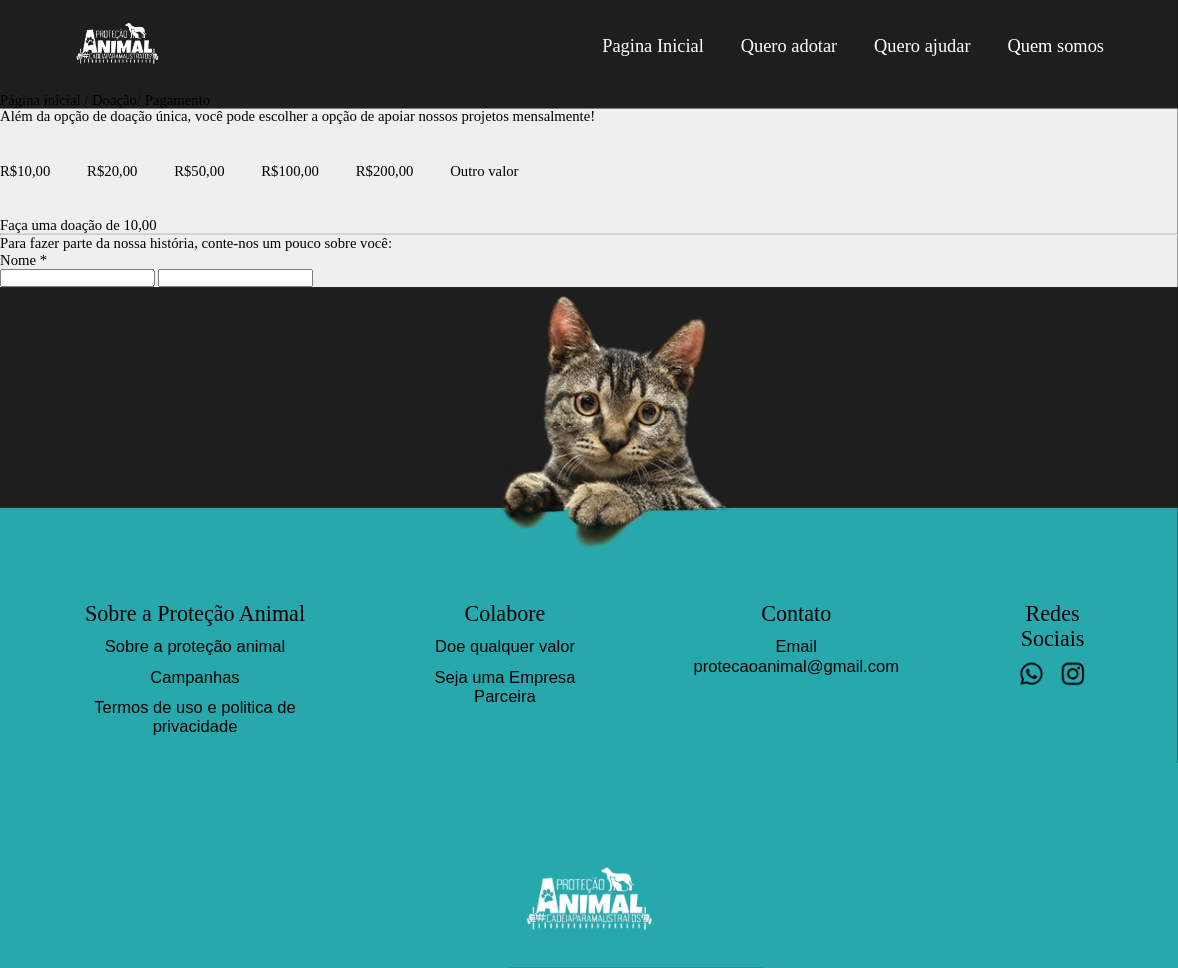
Repository: edjunior-nascimento/protecao-animal-web
Page: src/pages/formulario-doacao/index.html
An editor plug-in stored every save of this project. The page is shown before and after the next save, followed by the edit.
The browser window is 1280 px wide. The pictures show the whole page, at 92% of full size.

Above is the page before, as saved 2025-02-22 03:38:51.

### src/pages/formulario-doacao/index.html
<!DOCTYPE html>
<html lang="pt">

<head>
    <meta charset="UTF-8">
    <meta name="viewport" content="width=device-width, initial-scale=1.0">
    <title>Proteção Animal</title>
    <link rel="preconnect" href="https://fonts.googleapis.com" />
    <link rel="preconnect" href="https://fonts.gstatic.com" crossorigin />
    <meta name="viewport" content="width=device-width, initial-scale=1.0" />
    <link rel="stylesheet" href="./style.css" />
    <link>
</head>

<body>
    <header>
        <div><img class="logo" src="/src/pages/images/logo.png" alt="logo Protecao animal" /></div>
        <nav>
            <ul>
                <li>
                    <a href="#">
                        <p>Pagina Inicial</p>
                    </a>
                </li>
                <li>
                    <a href="#">
                        <p>Quero adotar</p>
                    </a>
                </li>
                <li>
                    <a href="#">
                        <p>Quero ajudar</p>
                    </a>
                </li>
                <li>
                    <a href="#">
                        <p>Quem somos</p>
                    </a>
                </li>
            </ul>
        </nav>
    </header>
    <div>
        <div class="title">
            <p>Página inicial / Doação/ Pagamento</p>
        </div>
        <main class="container">
            <div class="sub-title">
                <p>Além da opção de doação única, você pode escolher a opção de apoiar nossos projetos mensalmente!</p>
            </div>
            <div class="valor">
                <div class="parcela">

                </div>
                <div class="cota">

                </div>
                <nav>
                    <ul>
                        <li><span>R$10,00</span></li>
                        <li><span>R$20,00</span></li>
                        <li><span>R$50,00</span></li>
                        <li><span>R$100,00</span></li>
                        <li><span>R$200,00</span></li>
                        <li><span>Outro valor</span></li>
                    </ul>
                </nav>
                <div class="res"><span>Faça uma doação de 10,00</span></div>
            </div>
            <hr>
            <div class="cad">
                <div class="sub-title">
                    <p>Para fazer parte da nossa história, conte-nos um pouco sobre você:</p>
                </div>
                <div class="dados">
                    <form action="/send" method="post" target="_blank" >
                        <label><p>Nome <span class="ast">*</span></p>
                        <input type="text" name="Nome*" id="Nome*"></label>
                        <input type="text">
                    </form>
                </div>
            </div>
    </div>
    </main>
    <div class="gato"><img src="/src/pages/images/gato.png" alt=""></div>
    <footer>
        <div class="footer-container">
            <div class="footer-primary">
                <div class="footer-section-1">
                    <div>
                        <h4>Sobre a Proteção Animal</h4>
                    </div>
                    <div>
                        <p><a href="">Sobre a proteção animal</a></p>
                    </div>
                    <div>
                        <p><a href="">Campanhas</a></p>
                    </div>
                    <div>
                        <p><a href="">Termos de uso e politica de privacidade</a></p>
                    </div>
                </div>
                <div class="footer-section-2">
                    <div>
                        <h4>Colabore</h4>
                    </div>
                    <div>
                        <p><a href="">Doe qualquer valor</a></p>
                    </div>
                    <div>
                        <p><a href="">Seja uma Empresa Parceira</a></p>
                    </div>
                </div>
                <div class="footer-section-3">
                    <div>
                        <h4>Contato</h4>
                    </div>
                    <div>
                        <p>Email</p>
                        <p><a href="mailto:protecaoanimal@gmail.com">protecaoanimal@gmail.com</a></p>
                    </div>
                </div>
                <div class="footer-section-4">
                    <div>
                        <h4>Redes Sociais</h4>
                    </div>
                    <div class="social-icons">
                        <div>
                            <a href=""><img src="/src/pages/images/whatsAppIcon.png" alt="" /></a>
                        </div>
                        <div>
                            <a href=""><img src="/src/pages/images/instagramIcon.png" alt="" /></a>
                        </div>
                    </div>
                </div>
            </div>
        </div>
        <div class="footer-secondary">
            <img src="/src/pages/images/logo.png" alt="" />
        </div>
    </footer>
</body>

</html>

### src/pages/formulario-doacao/style.css
:root {
    --main-bg-color: #1e1e1e;
    --title-color: #27a8ad;
    --subtitle-color: #ffffff;
    --box-color: #ffffff;
    --link-nav-color: #ffffff;
    --card-title-color: #27a8ad;
    --footer-background: #27a8ad;
    --footer-font-color: #000000;
    --maim-color: #EFEFEF;
  }

  * {
    height: max-content;
    font-family: "Jockey One", serif;
    font-style: normal;
    margin: 0px;
    padding: 0px;
  }

  body {
    background-color: var(--main-bg-color);

  }

  a {
    text-decoration: none;
  }

  header {
    height: 100px;
    display: flex;
    flex-direction: row;
    justify-content: space-between;
    padding-inline: 80px
  }
  header div {
    display: flex;
    align-items: center;
  }
  .logo {
    height: 95px;
    width: auto;
  }
  nav {
    width: auto;
    height: 100px;
    display: flex;
    align-items: center;
  }

  nav ul {
    list-style-type: none;
    display: flex;
    gap: 40px;
  }

  nav ul li a {
    color: var(--link-nav-color);
    font-size: 20px;
    font-weight: 400;
  }
main {
  background-color:var(--maim-color) ;
}





  .gato {
    margin-left: 42%;
    margin-bottom: -25px;
    height: 265px;
    max-width: auto;}

  footer {
    height: 500px;
    max-height: auto;
    background-color: var(--footer-background);
    padding-inline: 80px;
  }

  .footer-container {
      width: auto;
      height: 70%;
      display: flex;
      align-items: center;
      justify-content: center;
  }

  .footer-primary {
    display: flex;
    flex-direction: row;
    gap: 111px;
    align-items: flex-start;
    justify-content: center;
  }

  .footer-primary p a {
      color: var(--footer-font-color);
      font-family: "Arial", sans-serif;
  }

  .footer-primary h4 {
    font-size: 24px;
    font-weight: 400;
  }

  .footer-primary p {
      font-size: 18px;
      font-weight: 400;
      font-family: "Arial", sans-serif;
  }

  .footer-secondary {
    width: auto;
    height: 30%;
    display: flex;
    align-items: center;
    justify-content: center;
  }

  .footer-secondary img {
      height: 145px;
      width: auto
  }

  .footer-section-1, .footer-section-2, .footer-section-3, .footer-section-4 {
      display: flex;
      flex-direction: column;
      text-align: center;
      gap: 12px;
  }

  .footer-section-4 {
      align-items: center;
  }

  .social-icons {
      display: flex;
      flex-direction: row;
      gap: 20px;
  }

After the next save:
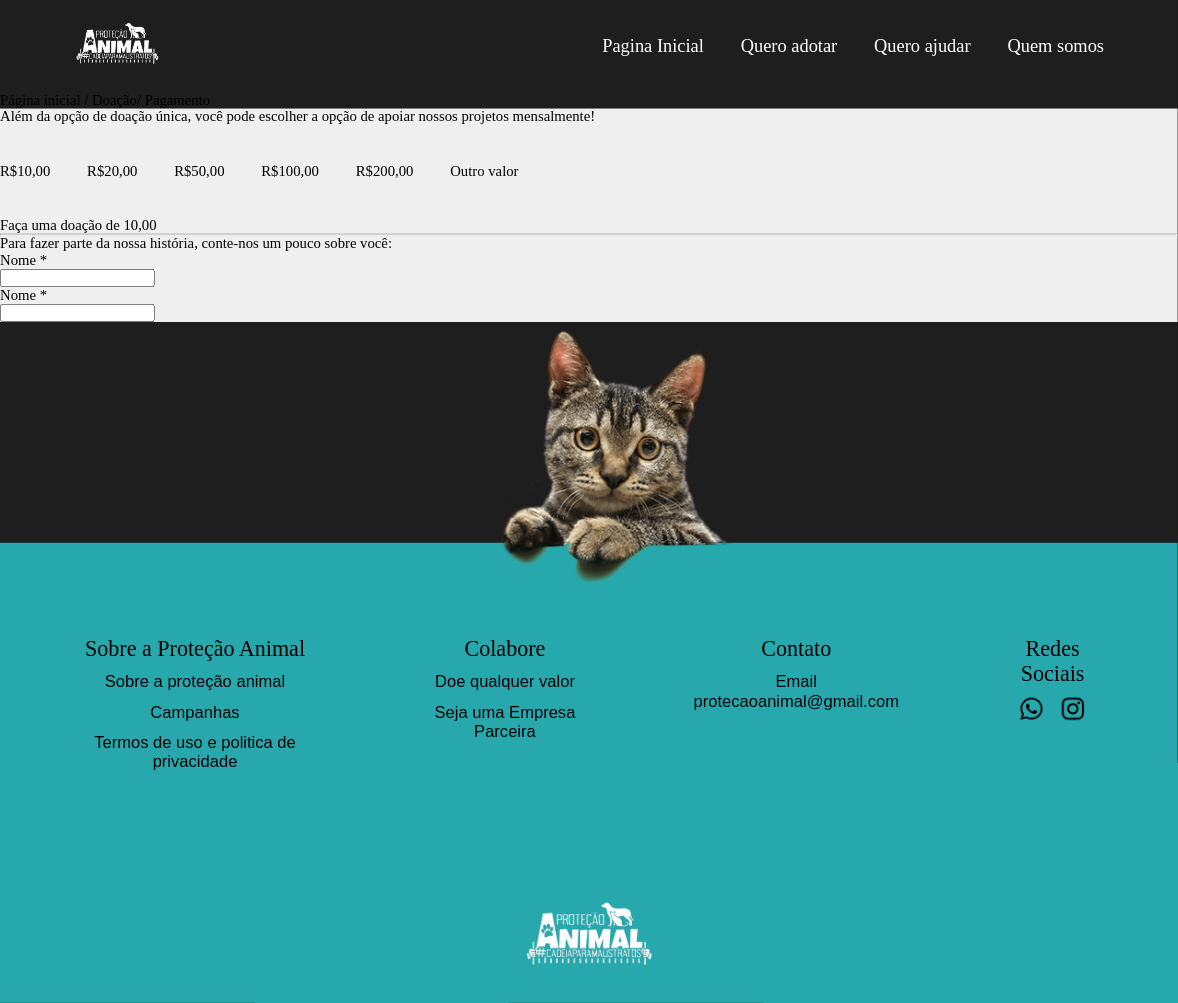
Saved 35 s later.
--- a/src/pages/formulario-doacao/index.html
+++ b/src/pages/formulario-doacao/index.html
@@ -76,7 +76,7 @@
                     <form action="/send" method="post" target="_blank" >
                         <label><p>Nome <span class="ast">*</span></p>
                         <input type="text" name="Nome*" id="Nome*"></label>
-                        <input type="text">
+                        <label><p>Nome <span class="ast">*</span></p><input type="text">
                     </form>
                 </div>
             </div>
